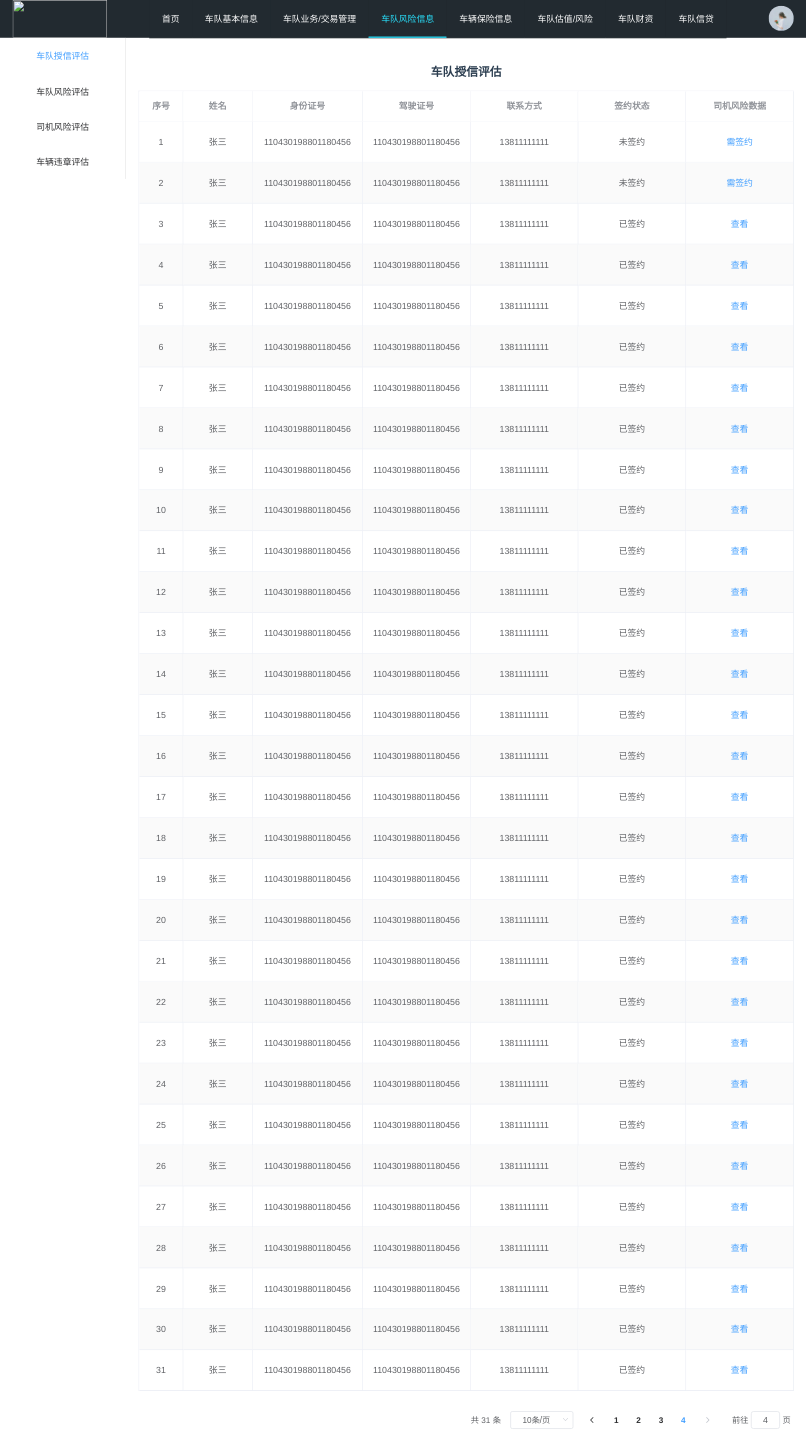
Repository: TheWomanLiketheWind/woodpecker
Page: /
An editor plug-in stored every save of this project. The page is shown before and after the next save, followed by the edit.
The browser window is 1280 px wide. The pictures show the whole page, at 63% of full size.
The project was rebuilt for these pictures with package versions that can differ from the ones it lists, and the page was loaded fresh each time. Also part of the build but not shown: src/views/menuThird.vue.

Above is the page before, as saved 2019-07-26 09:08:51.

### public/index.html
<!DOCTYPE html>
<html lang="en">
  <head>
    <meta charset="utf-8">
    <meta http-equiv="X-UA-Compatible" content="IE=edge">
    <meta name="viewport" content="width=device-width,initial-scale=1.0">
    <link rel="icon" href="<%= BASE_URL %>favicon.ico">
    <title>woodpecker</title>
  </head>
  <body>
    <noscript>
      <strong>We're sorry but woodpecker doesn't work properly without JavaScript enabled. Please enable it to continue.</strong>
    </noscript>
    <div id="app"></div>
    <!-- built files will be auto injected -->
  </body>
</html>

### src/App.vue
<template>
  <div id="app">
    <router-view />
  </div>
</template>

<style lang="scss">
#app {
  font-family: "Avenir", Helvetica, Arial, sans-serif;
  -webkit-font-smoothing: antialiased;
  -moz-osx-font-smoothing: grayscale;
  text-align: center;
  color: #2c3e50;
  .el-header {
    display: flex;
    justify-content: space-between;
    align-items: center;
  }
}
#nav {
  padding: 30px;
  a {
    font-weight: bold;
    color: #2c3e50;
    &.router-link-exact-active {
      color: #42b983;
    }
  }
}
body {
  margin: 0;
}
</style>

### src/router.ts
import Vue from 'vue'
import Router from 'vue-router'
import Home from './views/Home.vue'
Vue.use(Router)

export default new Router({
  mode: 'history',
  base: process.env.BASE_URL,
  routes: [
    {
      path: '/',
      name: 'home',
      component: Home,
      children: [
        {
          path: '/',
          name: 'menuSecond',
          children: [
            {
              path: '/',
              name: 'menuThird',
              component: () =>
                import(/* webpackChunkName: "about" */ './views/menuThird.vue')
            }
          ],
          component: () =>
            import(/* webpackChunkName: "about" */ './views/menuSecond.vue')
        }
      ]
    }
  ]
})

### src/views/Home.vue
<template>
  <el-container>
    <el-header class="headerAll">
      <img src=""
           class="headImage">
      <el-menu :default-active="activeIndex"
               class="el-menu-demo"
               mode="horizontal"
               background-color="#222a30"
               text-color="#fff"
               active-text-color="#29e2fe"
               @select="handleSelect">
        <el-menu-item v-for="(item, index) in menuList"
                      :key="index"
                      :index="item.index"
                      v-on:listenToChildEvent="menuClick">{{item.name}}</el-menu-item>
      </el-menu>

      <el-dropdown>
        <img src="../assets/headImage.jpg"
             class="drophead" />
        <el-dropdown-menu slot="dropdown">
          <el-dropdown-item>个人信息</el-dropdown-item>
          <el-dropdown-item>退出</el-dropdown-item>
        </el-dropdown-menu>
      </el-dropdown>
    </el-header>
    <!-- <router-link to="/menuSecond">点击跳转</router-link> -->
    <router-view />
  </el-container>
</template>

<script lang="ts">
import { Component, Vue } from "vue-property-decorator";

@Component({
  components: {}
})
export default class Home extends Vue {
  data() {
    return {
      activeIndex: "4",
      menuList: [
        {
          name: "首页",
          index: "1",
          link: ""
        },
        {
          name: "车队基本信息",
          index: "2",
          link: ""
        },
        {
          name: "车队业务/交易管理",
          index: "3",
          link: ""
        },
        {
          name: "车队风险信息",
          index: "4",
          link: ""
        },
        {
          name: "车辆保险信息",
          index: "5",
          link: ""
        },
        {
          name: "车队估值/风险",
          index: "6",
          link: ""
        },
        {
          name: "车队财资",
          index: "7",
          link: ""
        },
        {
          name: "车队信贷",
          index: "8",
          link: ""
        }
      ]
    };
  }

  private handleSelect(key: any, keyPath: any) {
    console.log(key, keyPath);
  }

  menuClick(data: any) {
    this.$router.push(data);
  }
}
</script>

<style lang="scss">
.headerAll {
  background: #222a30;
  .headImage {
    width: 150px;
    height: 100%;
    border: 0;
  }
  .drophead {
    width: 40px;
    height: 40px;
    border-radius: 50%;
  }
}
</style>

### src/views/menuSecond.vue
<template>
  <el-container>

    <el-aside width="200px">
      <el-menu :default-active="defaultActive"
               class="el-menu-vertical-demo"
               @select="handleSelect">
        <el-menu-item v-for="(item, index) in filesList.navigeList"
                      :key="index"
                      :index="item.index">
          <span slot="title">{{item.name}}</span>
        </el-menu-item>
      </el-menu>
    </el-aside>
    <el-main>
      <h3>{{filesList.navigeList[this.selectIndex].name}}</h3>
      <el-table :data="tableData"
                border
                stripe
                style="width: 100%">
        <el-table-column type="index"
                         label="序号"
                         width="70"
                         align="center">
        </el-table-column>
        <el-table-column prop="name"
                         label="姓名"
                         width="110"
                         align="center" />
        <el-table-column prop="cardId"
                         label="身份证号"
                         align="center" />
        <el-table-column prop="driveId"
                         label="驾驶证号"
                         align="center" />
        <el-table-column prop="tel"
                         label="联系方式"
                         align="center" />
        <el-table-column prop="signType"
                         label="签约状态"
                         align="center">
          <template slot-scope="scope"
                    class="signTypeColor">
            <span>{{scope.row.signType === 0?'未签约':'已签约'}}</span>
          </template>
        </el-table-column>
        <el-table-column label="司机风险数据"
                         align="center">
          <template slot-scope="scope">
            <el-button type="text"
                       v-if="scope.row.signType === 0">需签约</el-button>
            <el-button type="text"
                       v-else>查看</el-button>
          </template>
        </el-table-column>
      </el-table>
      <el-pagination @size-change="handleSizeChange"
                     @current-change="handleCurrentChange"
                     :current-page="currentPage4"
                     :page-sizes="[10, 20, 50, 100]"
                     :page-size="10"
                     layout="total, sizes, prev, pager, next, jumper"
                     :total="tableData.length">
      </el-pagination>
    </el-main>
  </el-container>

</template>

<script lang="ts">
import Vue from "vue";
import files from "../jsonFile";

export default Vue.extend({
  data() {
    return {
      filesList: files,
      selectIndex: 0,
      defaultActive: "1",
      currentPage4: 4,
      tableData: [
        {
          name: "张三",
          cardId: "110430198801180456",
          driveId: "110430198801180456",
          tel: "13811111111",
          signType: 0
        }
      ]
    };
  },
  mounted() {
    this.defined();
  },
  methods: {
    defined() {
      for (let i = 0; i < 30; i++) {
        let object = {
          name: "张三",
          cardId: "110430198801180456",
          driveId: "110430198801180456",
          tel: "13811111111",
          signType: i === 0 ? 0 : 1
        };
        this.tableData.push(object);
      }
    },
    handleSelect(key: String) {
      this.selectIndex = Number(key) - 1;
    },
    handleSizeChange(val: Number) {
      console.log(`每页 ${val} 条`);
    },
    handleCurrentChange(val: Number) {
      console.log(`当前页: ${val}`);
    }
  }
});
</script>


<style lang="scss">
.el-pagination {
  margin-top: 30px;
  float: right;
}
.signTypeColor {
  color: red;
}
</style>

### src/jsonFile.ts
const fileObject = {
  navigeList: [
    {
      name: '车队授信评估',
      index: '1'
    },
    {
      name: '车队风险评估',
      index: '2'
    },
    {
      name: '司机风险评估',
      index: '3'
    },
    {
      name: '车辆违章评估',
      index: '4'
    }
  ]
}

export default fileObject

Loaded but not shown: src/main.ts (common file); src/store.ts (common file)

After the next save:
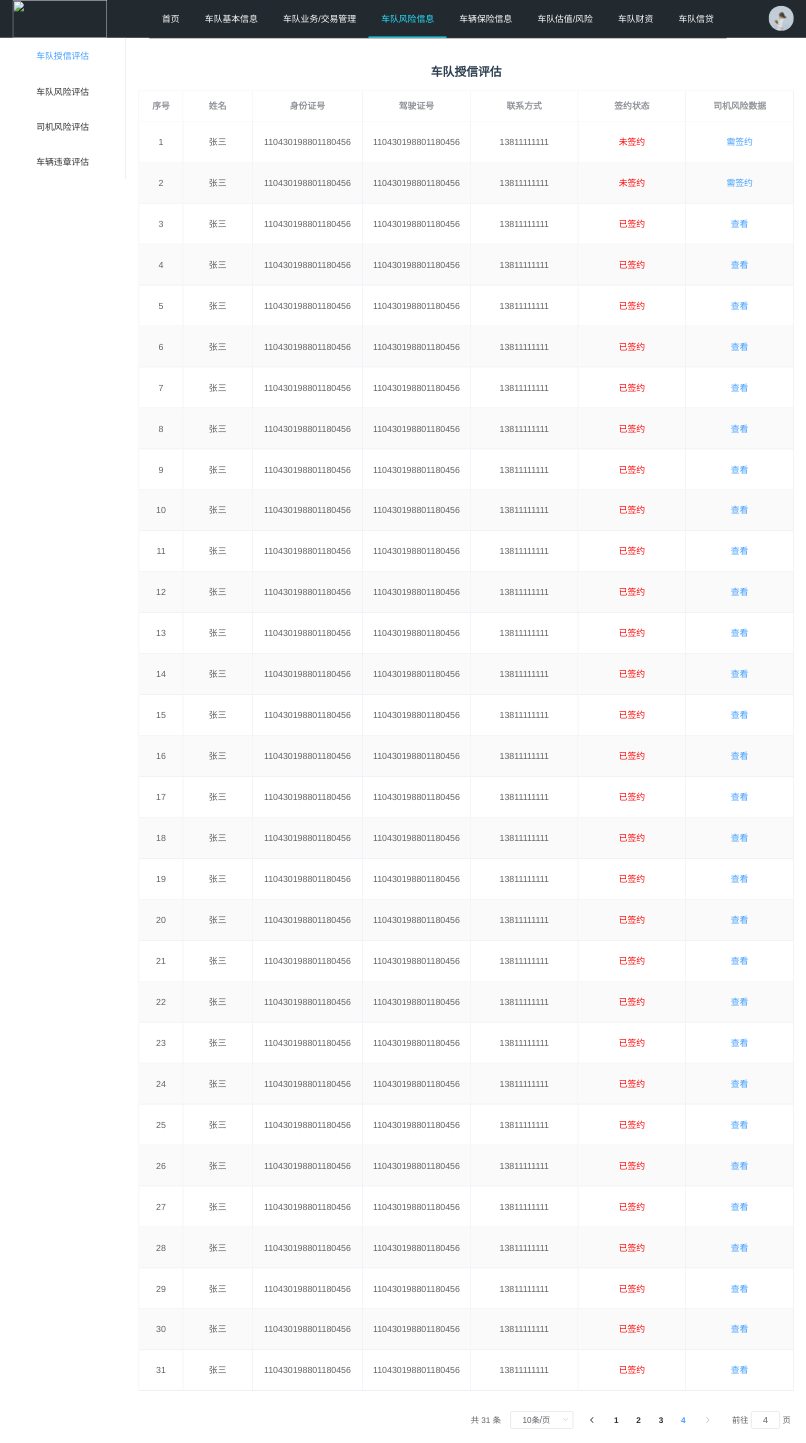
Saved 4 s later.
--- a/src/views/menuSecond.vue
+++ b/src/views/menuSecond.vue
@@ -39,9 +39,8 @@
         <el-table-column prop="signType"
                          label="签约状态"
                          align="center">
-          <template slot-scope="scope"
-                    class="signTypeColor">
-            <span>{{scope.row.signType === 0?'未签约':'已签约'}}</span>
+          <template slot-scope="scope">
+            <span class="signTypeColor">{{scope.row.signType === 0?'未签约':'已签约'}}</span>
           </template>
         </el-table-column>
         <el-table-column label="司机风险数据"
